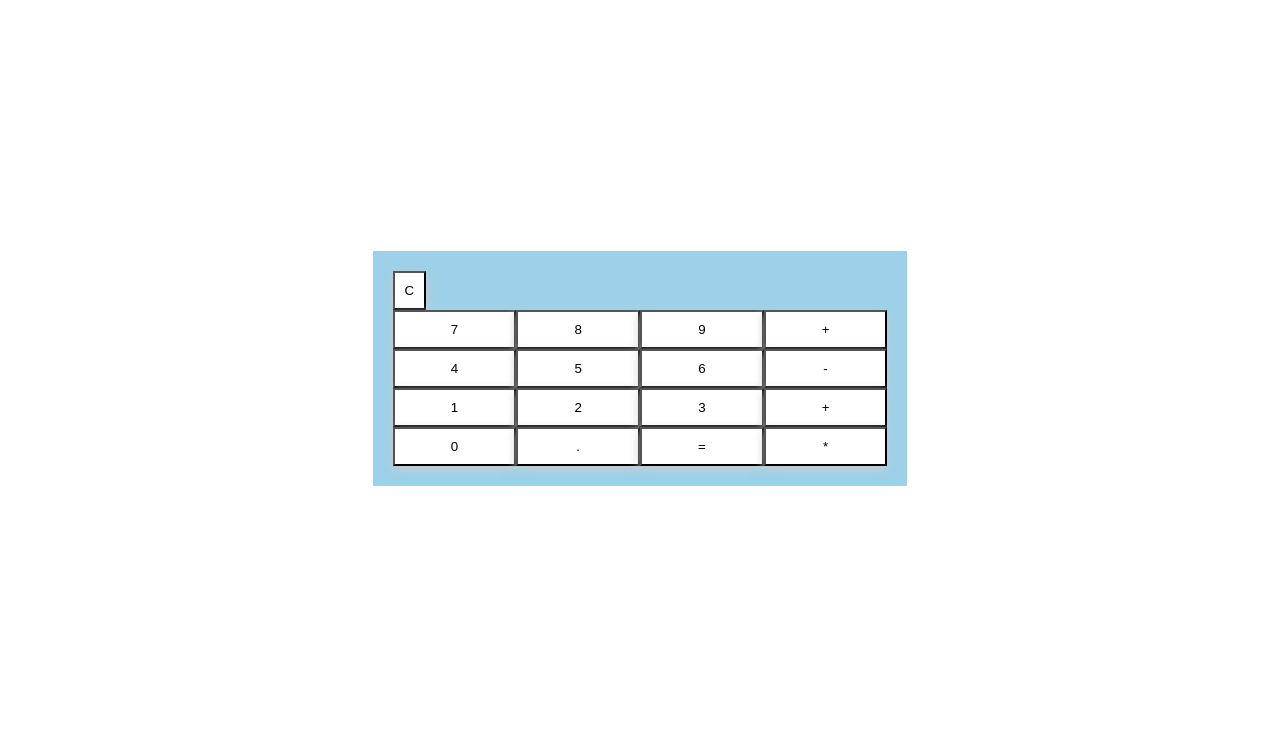
Repository: sem1103/calculator
Page: index.html
These files come from the project's save history. The page is drawn as it stood at one moment and after the next save; the edit follows.
The browser window is 1280 px wide. The pictures show the whole page.

Above is the page before, as saved 2023-11-01 19:40:27.

After the next save:
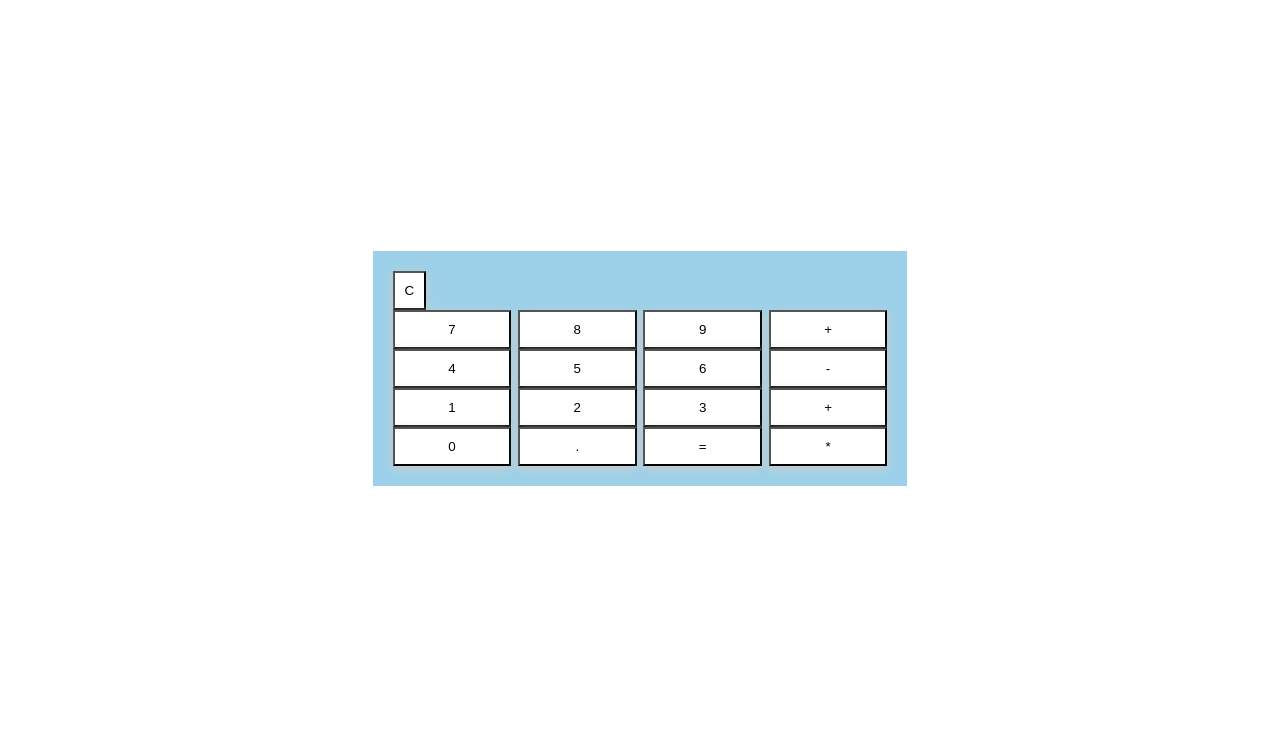
Saved 20 s later.
--- a/index.html
+++ b/index.html
@@ -29,7 +29,8 @@
             text-align: center;
             background-color: #fff;
             box-shadow: 0 3px 10px #ccc;
-            flex-basis: 25%;
+            flex-basis: 24%;
+            gap: 20;
         }
     </style>
 </head>
